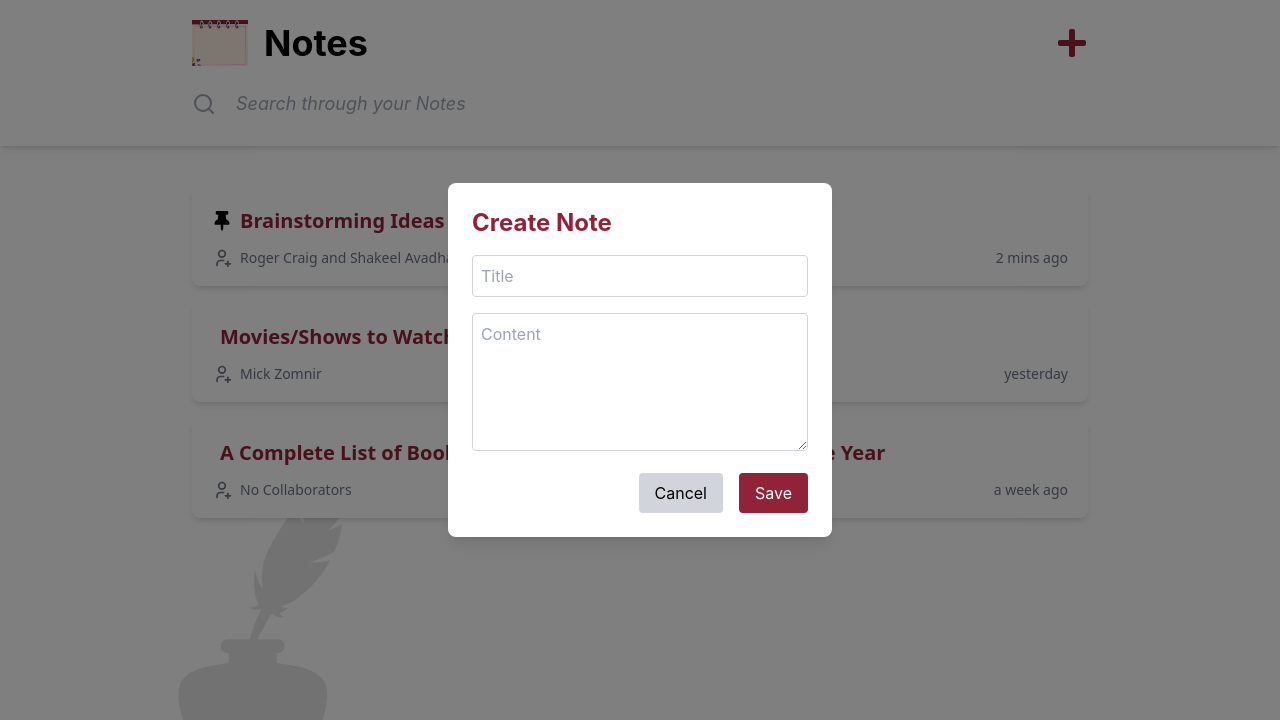
Repository: shabiasaeed/Notes-app
Page: /, after clicking the first element matching `svg.w-8`
An editor plug-in stored every save of this project. The page is shown before and after a run of saves, followed by the edit.
The browser window is 1280 px wide. The pictures show the whole page.
The project was rebuilt for these pictures with package versions that can differ from the ones it lists, and the page was loaded fresh each time. Also part of the build but not shown: src/App.css.

Above is the page before, as saved 2025-01-06 16:45:28.

After the next 2 saves:
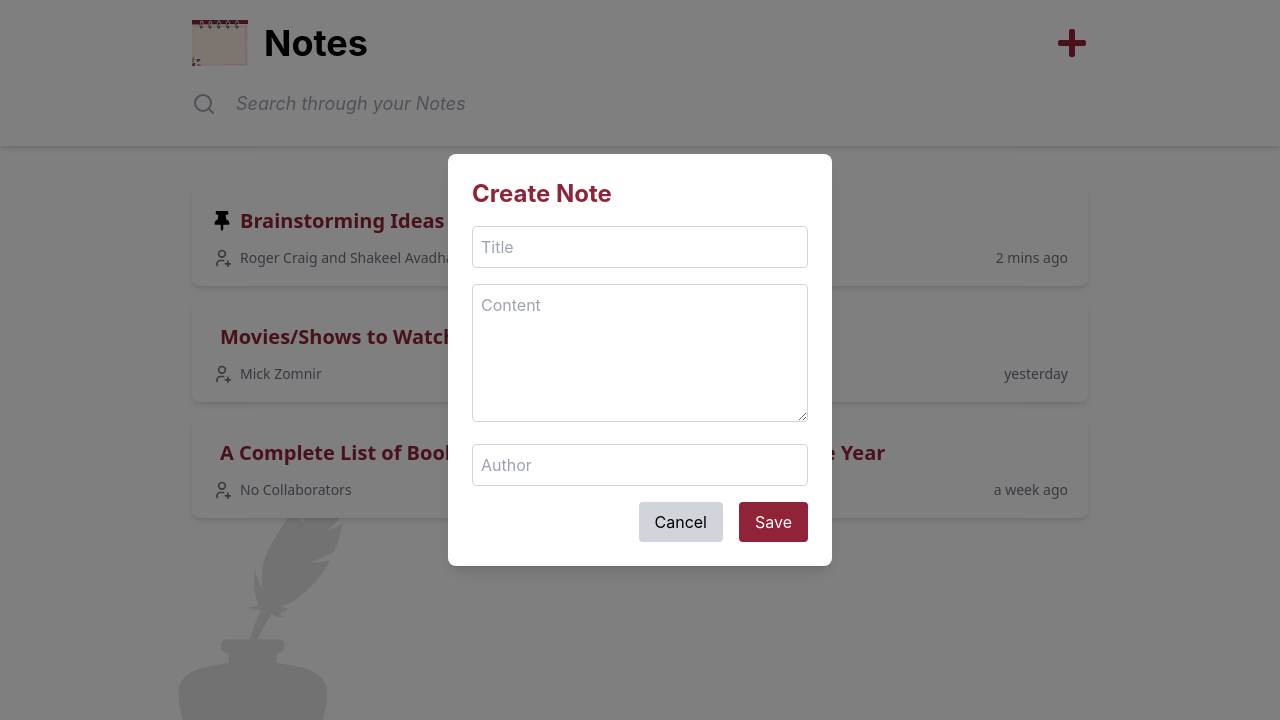
The 2 saves are shown as one change because 1 did not build or start.
The last was saved 2 min 31 s later.
--- a/src/components/CreateNote.js
+++ b/src/components/CreateNote.js
@@ -2,6 +2,7 @@ import React, { useState } from 'react'
 
 const CreateNote = ({ isOpen, onClose, onSave }) => {
     const [title, setTitle] = useState('');
+    const [author, setAuthor] = useState('');
     const [content, setContent] = useState('');
 
     const handleSave = () => {
@@ -24,6 +25,7 @@ const CreateNote = ({ isOpen, onClose, onSave }) => {
         <h2 className="text-2xl font-bold mb-4 text-[#912338]">Create Note</h2>
         <input type="text" placeholder="Title" value={title} onChange={(e) => setTitle(e.target.value)} className="w-full p-2 mb-4 border border-gray-300 rounded" />
         <textarea placeholder="Content" value={content} onChange={(e) => setContent(e.target.value)} className="w-full p-2 mb-4 border border-gray-300 rounded" rows="5"></textarea>
+        <input type="text" placeholder="Author" value={author} onChange={(e) => setAuthor(e.target.value)} className="w-full p-2 mb-4 border border-gray-300 rounded" />
         <div className="flex justify-end gap-4">
             <button onClick={onClose} className="px-4 py-2 bg-gray-300 rounded hover:bg-gray-400" > Cancel </button>
             <button onClick={handleSave} className="px-4 py-2 bg-[#912338] text-white rounded hover:bg-[#701d2b]"> Save </button>
